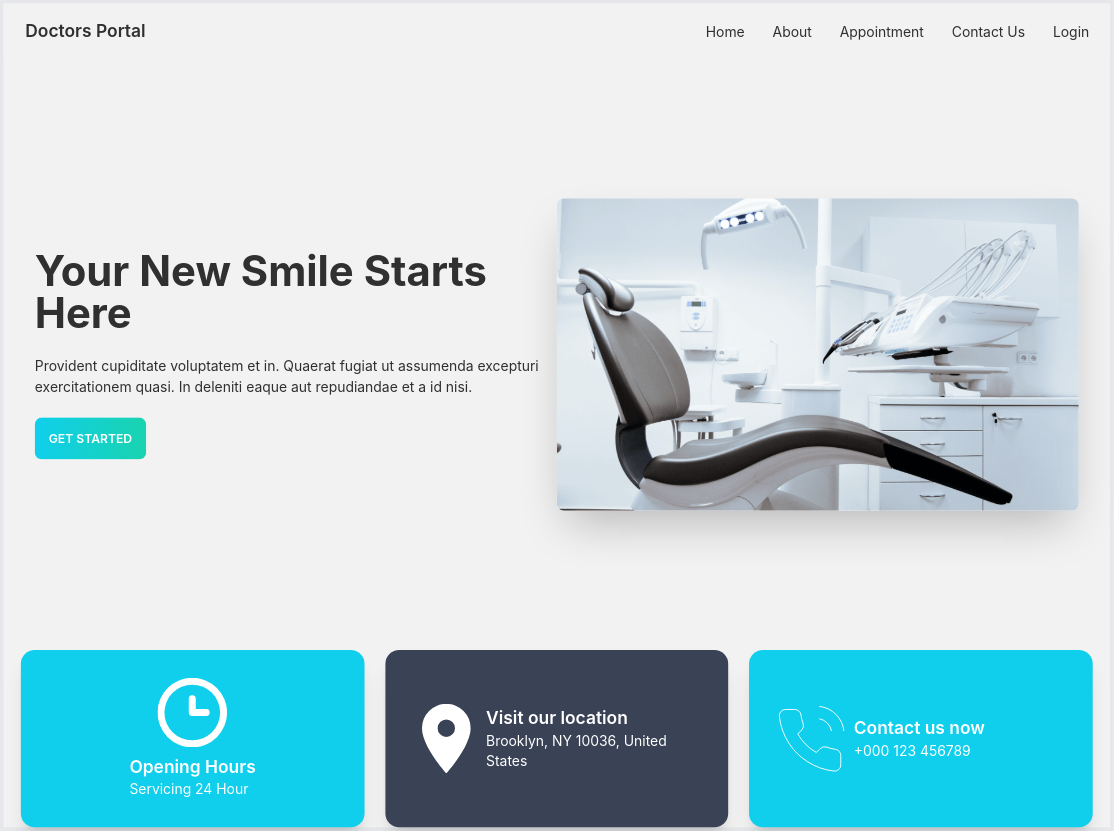
Repository: Samad77/Doctorportal-Client
Page: /
An editor plug-in stored every save of this project. The page is shown before and after the next save, followed by the edit.
The browser window is 1280 px wide. The pictures show the whole page, at 87% of full size.
The project was rebuilt for these pictures with package versions that can differ from the ones it lists, and the page was loaded fresh each time. Also part of the build but not shown: src/Pages/Login/Login.js.

Above is the page before, as saved 2022-11-12 11:31:12.

### src/App.js
import logo from './logo.svg';
import './App.css';
import {RouterProvider} from 'react-router-dom'
import router from './Layout/Routes/Routes';
import Cards from './Pages/Home/Cards/Cards';
function App() {
  return (
    <div className="App max-w-[1440px] mx-auto border-4">
      <RouterProvider router={router}>

      </RouterProvider>
    </div>
  );
}

export default App;

### src/Layout/Routes/Routes.js
import { createBrowserRouter } from "react-router-dom";
import Home from "../../Pages/Home/Home";
import Login from "../../Pages/Login/Login";
import Main from "../Main/Main";

const router = createBrowserRouter([
    {path : "/",
    element : <Main></Main>,
    children : [
        {path : '/', element : <Home></Home>,},
        {path: '/home', element : <Home></Home>},
        {path: '/login', element : <Login></Login>},
    ]
    }
])

export default router;

### src/Pages/Home/Cards/Cards.js
import React from 'react';
import img1 from '../../../assets/icons/clock.svg'
import img2 from '../../../assets/icons/marker.svg'
import img3 from '../../../assets/icons/phone.svg'
import img4 from '../../../assets/icons/quote.svg'

const Cards = () => {
    return (
        <section className='grid gap-6 grid-cols-1 md: grid-cols-2 lg: grid-cols-3 '>
            <div className="card  bg-primary text-white shadow-xl">
                <div className="card-body lg :flex flex-row items-center sm: flex flex-col ">
                    <div className=''>
                        <img src={img1} alt="" className='w-20 h-20'/>
                    </div>
                    <div className='text-left'>
                        <h2 className="card-title">Opening Hours</h2>
                        <p>Servicing 24 Hour</p>
                    </div>

                </div>
            </div>

            <div className="card  bg-neutral text-white shadow-xl">
                <div className="card-body lg :flex flex-row items-center ">
                    <div className=''>
                        <img src={img2} alt="" className='w-20 h-20'/>
                    </div>
                    <div className='text-left'>
                        <h2 className="card-title">Visit our location</h2>
                        <p>Brooklyn, NY 10036, United States</p>
                    </div>

                </div>
            </div>

            <div className="card  bg-primary text-white shadow-xl">
                <div className="card-body lg :flex flex-row items-center  ">
                    <div className=''>
                        <img src={img3} alt="" className='w-20 h-20'/>
                    </div>
                    <div className='text-left'>
                        <h2 className="card-title">Contact us now</h2>
                        <p>+000 123 456789</p>
                    </div>

                </div>
            </div>
        </section>
    );
};

export default Cards;

### src/Pages/Home/Home.js
import React from 'react';
import Banner from './Banner/Banner';
import Cards from './Cards/Cards';

const Home = () => {
    return (
        <div className='mx-5'>
            <Banner></Banner>
            <Cards></Cards>
        </div>
    );
};

export default Home;

### src/Layout/Main/Main.js
import React from 'react';
import Footer from '../../Pages/Shared/Footer/Footer';
import Navbar from '../../Pages/Shared/Navbar/Navbar';
import {Outlet} from 'react-router-dom'
const Main = () => {
    return (
        <div>
            <Navbar></Navbar>
                <Outlet></Outlet>
            <Footer></Footer>
        </div>
    );
};

export default Main;

### src/Pages/Home/Banner/Banner.js
import React from 'react';
import img1 from '../../../assets/images/chair.png'
const Banner = () => {
    return (
        <div className="hero bg-base-100 my-36">
            <div className="hero-content flex-col lg:flex-row-reverse">
                <img src={img1} className="w-1/2 rounded-lg shadow-2xl" />
                <div className='text-left'>
                <h1 className="text-5xl font-bold">Your New Smile Starts Here</h1>
                <p className="py-6">Provident cupiditate voluptatem et in. Quaerat fugiat ut assumenda excepturi exercitationem quasi. In deleniti eaque aut repudiandae et a id nisi.</p>
                <button className="btn btn-primary border-0 bg-gradient-to-r from-primary to-secondary text-white">Get Started</button>
                </div>
            </div>
        </div>
    );
};

export default Banner;

### src/Pages/Shared/Navbar/Navbar.js
import React from 'react';
import {Link} from 'react-router-dom'
const Navbar = () => {

    const menuItems =

    <React.Fragment>
        <li><Link to="/home">Home</Link></li>
        <li><Link to="/about">About</Link></li>
        <li><Link to="/appointment">Appointment</Link></li>
        <li><Link to="/contact">Contact Us</Link></li>
        <li><Link to="/login">Login</Link></li>
    </React.Fragment>

    return (
        <div className="navbar bg-base-100 flex justify-between">
  <div className="navbar-start">
    <div className="dropdown">
      <label tabIndex={0} className="btn btn-ghost lg:hidden">
        <svg xmlns="http://www.w3.org/2000/svg" className="h-5 w-5" fill="none" viewBox="0 0 24 24" stroke="currentColor"><path strokeLinecap="round" strokeLinejoin="round" strokeWidth="2" d="M4 6h16M4 12h8m-8 6h16" /></svg>
      </label>
      <ul tabIndex={0} className="menu menu-compact dropdown-content mt-3 p-2 shadow rounded-box w-52">
            {menuItems}
      </ul>
    </div>
    <Link to='/' className="btn btn-ghost normal-case text-xl">Doctors Portal</Link>
  </div>
  <div className="navbar-center hidden lg:flex">
    <ul className="menu menu-horizontal p-0">
        {menuItems}
    </ul>
  </div>

</div>
    );
};

export default Navbar;

### tailwind.config.js
/** @type {import('tailwindcss').Config} */
module.exports = {
  content: ["./src/**/*.{js,jsx,ts,tsx}"],
  theme: {
    extend: {},
  },
  daisyui : {
    themes : [

    {
      doctorThemes: {

primary: "#0FCFEC",

secondary: "#19D3AE",

neutral: "#3A4256",

"base-100": "#F2F2F2",

      },
    },
  ]
  },
  plugins: [require("daisyui")],
}

Loaded but not shown: public/index.html (common file); src/index.js (common file); src/index.css (common file); src/reportWebVitals.js (common file); src/App.css (common file); src/Pages/Shared/Footer/Footer.js (common file)

After the next save:
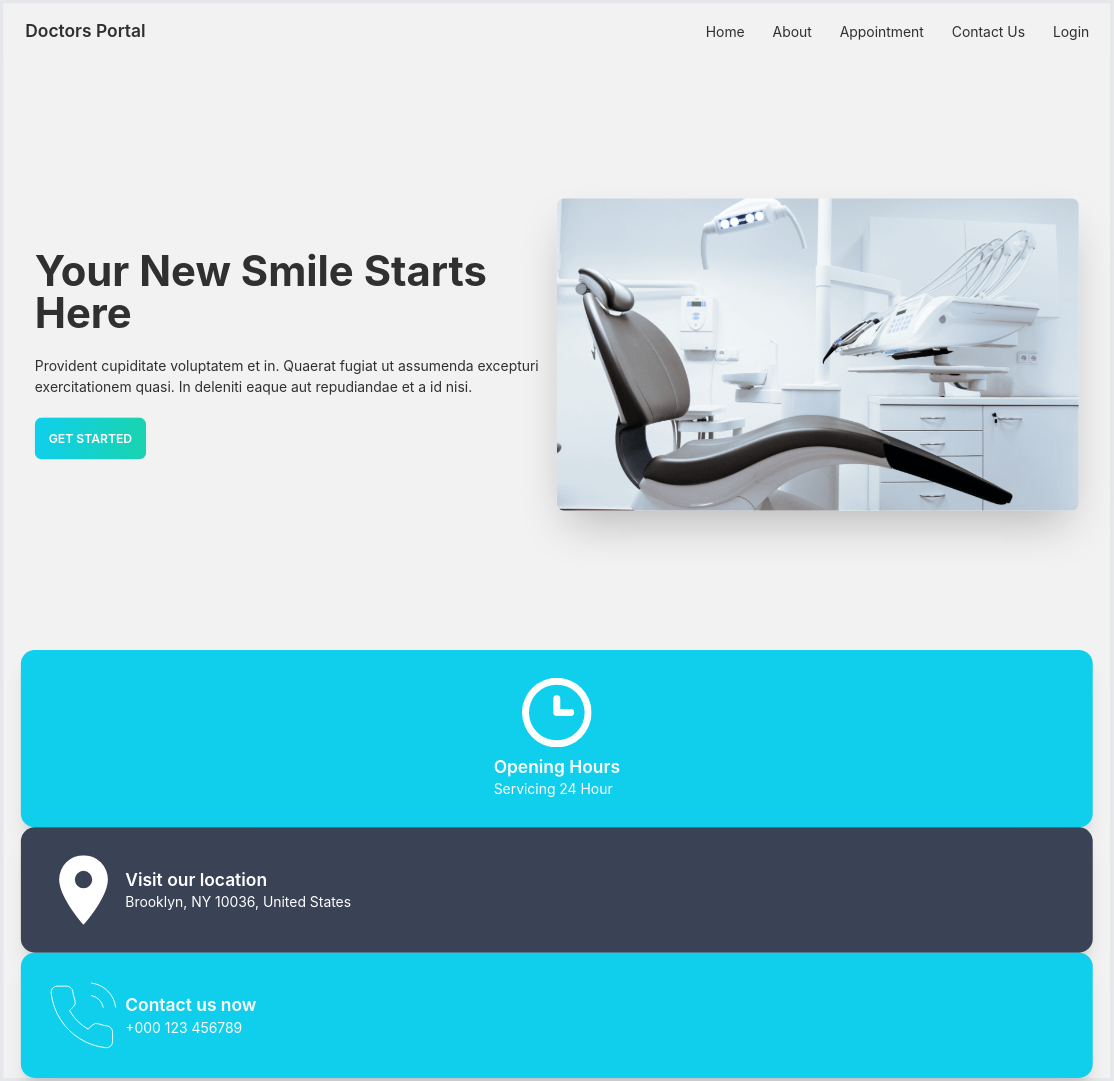
Saved 22 s later.
--- a/src/Pages/Home/Cards/Cards.js
+++ b/src/Pages/Home/Cards/Cards.js
@@ -6,7 +6,7 @@ import img4 from '../../../assets/icons/quote.svg'
 
 const Cards = () => {
     return (
-        <section className='grid gap-6 grid-cols-1 md: grid-cols-2 lg: grid-cols-3 '>
+        <section className=''>
             <div className="card  bg-primary text-white shadow-xl">
                 <div className="card-body lg :flex flex-row items-center sm: flex flex-col ">
                     <div className=''>
